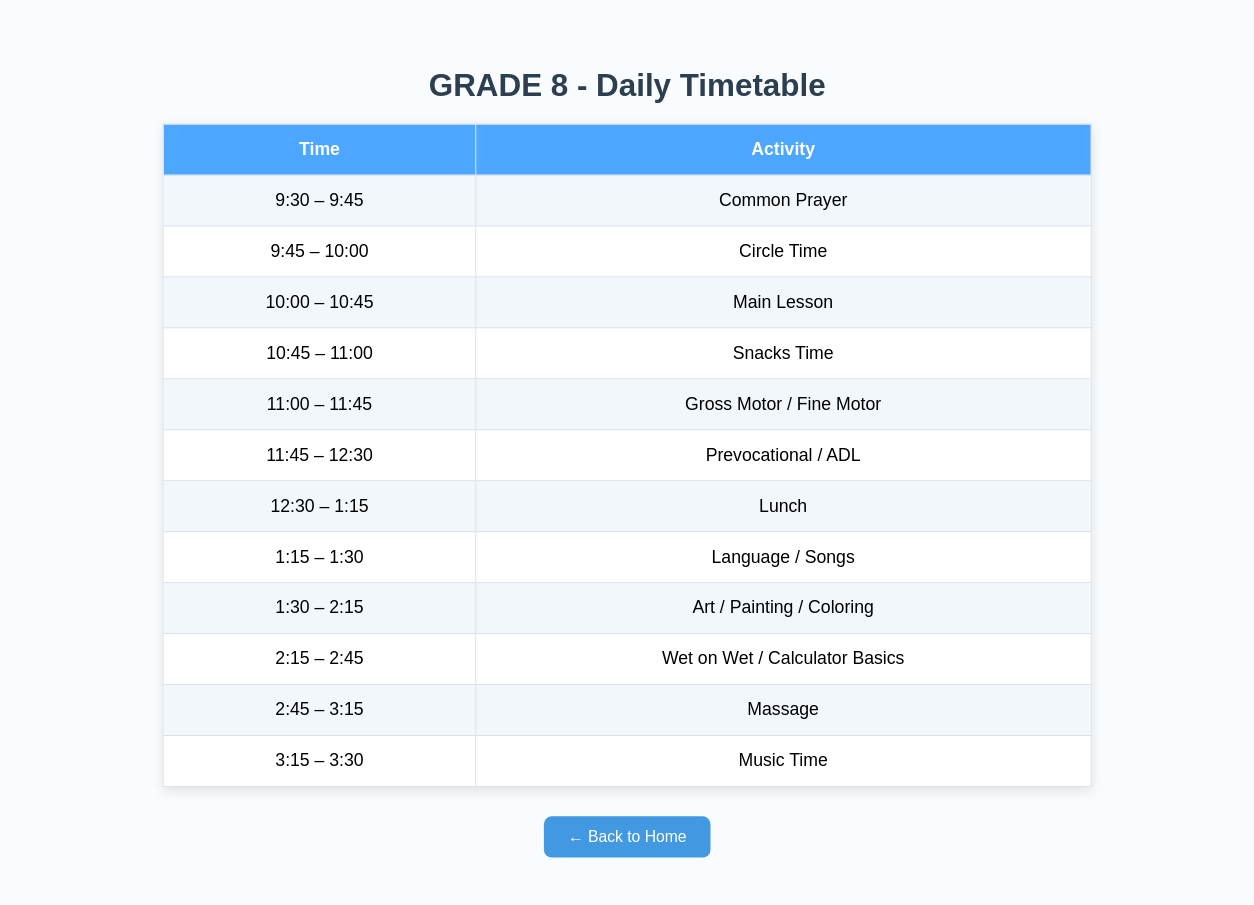
Repository: atchayasasikumar10/timetable-website
Page: templates/grade8_home.html
The author's editor kept a copy of each file at every save. The page is drawn from the files as they stood at one save, then again after the next save.
The browser window is 1280 px wide. The pictures show the whole page, at 98% of full size.
The page is served by the project's application, run on Flask 3 (main.py). The template is opened directly, without the code that normally fills it, so the values that code supplies are empty.

Above is the page before, as saved 2025-06-27 19:24:34.

### templates/grade8_home.html
<!DOCTYPE html>
<html>
<head>
    <title>GRADE 8 Timetable - Arvind Foundation</title>
    <style>
        body {
            font-family: Arial, sans-serif;
            background: #f9fcff;
            padding: 40px;
            text-align: center;
        }
        h1 {
            color: #2c3e50;
            margin-bottom: 20px;
        }
        table {
            width: 80%;
            margin: 0 auto;
            border-collapse: collapse;
            background-color: #ffffff;
            box-shadow: 0 4px 12px rgba(0,0,0,0.1);
        }
        th, td {
            padding: 15px;
            border: 1px solid #dce1e6;
            font-size: 18px;
        }
        th {
            background-color: #4da6ff;
            color: white;
        }
        tr:nth-child(even) {
            background-color: #f2f7fc;
        }
        a {
            display: inline-block;
            margin-top: 30px;
            text-decoration: none;
            color: white;
            background-color: #4299e1;
            padding: 12px 25px;
            border-radius: 8px;
        }
        a:hover {
            background-color: #2b6cb0;
        }
    </style>
</head>
<body>

    <h1>GRADE 8 - Daily Timetable</h1>

    <table>
        <tr>
            <th>Time</th>
            <th>Activity</th>
        </tr>
        <tr><td>9:30 – 9:45</td><td>Common Prayer</td></tr>
        <tr><td>9:45 – 10:00</td><td>Circle Time</td></tr>
        <tr><td>10:00 – 10:45</td><td>Main Lesson</td></tr>
        <tr><td>10:45 – 11:00</td><td>Snacks Time</td></tr>
        <tr><td>11:00 – 11:45</td><td>Gross Motor / Fine Motor</td></tr>
        <tr><td>11:45 – 12:30</td><td>Prevocational / ADL</td></tr>
        <tr><td>12:30 – 1:15</td><td>Lunch</td></tr>
        <tr><td>1:15 – 1:30</td><td>Language / Songs</td></tr>
        <tr><td>1:30 – 2:15</td><td>Art / Painting / Coloring</td></tr>
        <tr><td>2:15 – 2:45</td><td>Wet on Wet / Calculator Basics</td></tr>
        <tr><td>2:45 – 3:15</td><td>Massage</td></tr>
        <tr><td>3:15 – 3:30</td><td>Music Time</td></tr>
    </table>

    <a href="/">← Back to Home</a>

</body>
</html>

### main.py
from flask import Flask, render_template

app = Flask(__name__)

@app.route("/")
def home():
    return render_template("index.html")

@app.route("/pre")
def pre_home():
    return render_template("pre.html")  # ✅ Matches template filename

@app.route("/grade3")
def grade3_home():
    return render_template("grade3.html")  # ✅ Matches template filename

@app.route("/grade8")
def grade8_home():
    return render_template("grade8.html")  # ✅ Matches template filename

if __name__ == "__main__":
    app.run(host='0.0.0.0', debug=True)

After the next save:
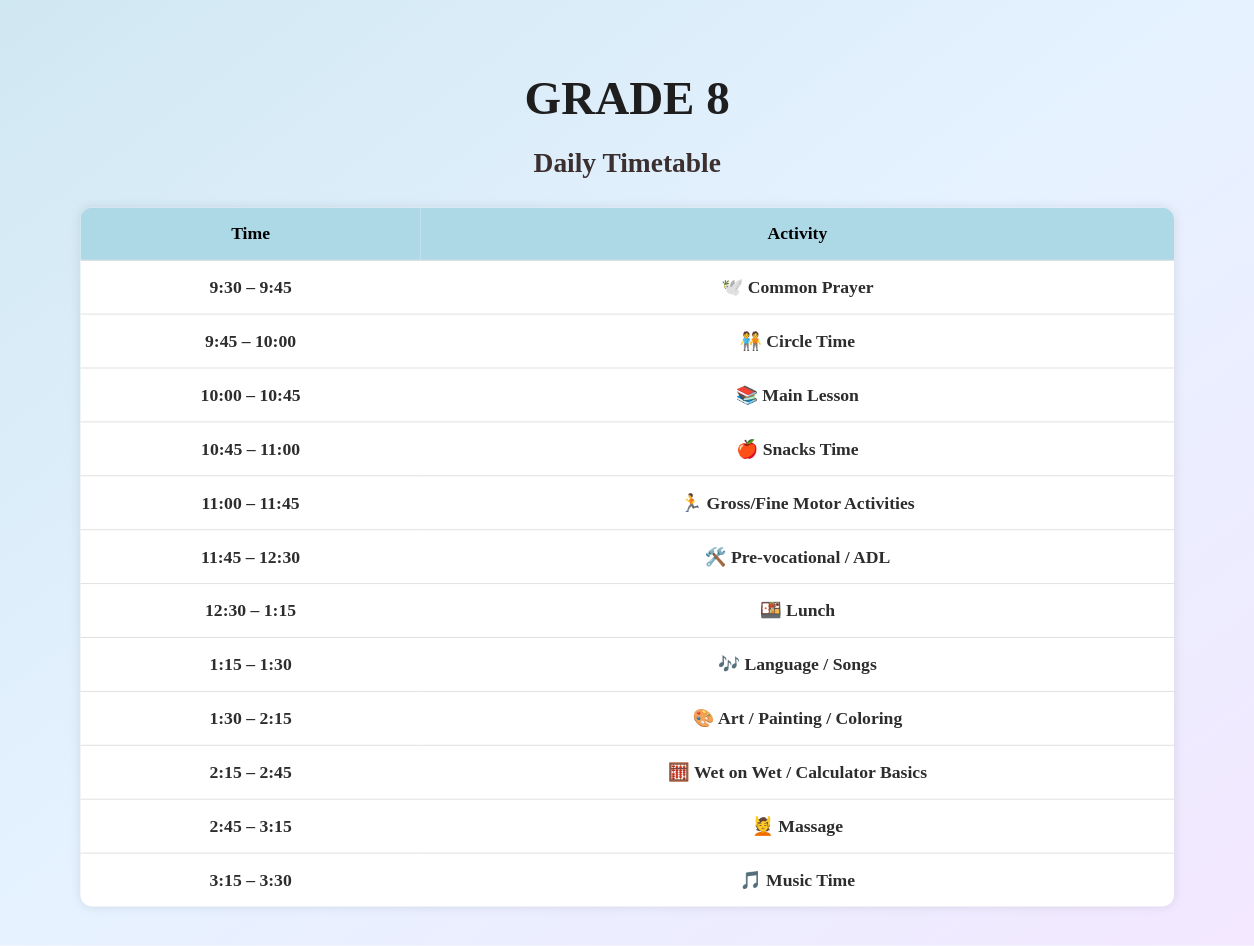
Saved 89 s later.
--- a/templates/grade8_home.html
+++ b/templates/grade8_home.html
@@ -1,75 +1,127 @@
 <!DOCTYPE html>
-<html>
+<html lang="en">
 <head>
-    <title>GRADE 8 Timetable - Arvind Foundation</title>
+    <meta charset="UTF-8">
+    <title>Grade 8 Timetable</title>
     <style>
         body {
-            font-family: Arial, sans-serif;
-            background: #f9fcff;
-            padding: 40px;
+            margin: 0;
+            padding: 40px 20px;
+            font-family: 'Times New Roman', Times, serif;
+            font-weight: bold;
+            background: linear-gradient(to bottom right, #d0e8f2, #e6f2ff, #f3e8ff);
+            color: #2d2d2d;
             text-align: center;
         }
+
         h1 {
-            color: #2c3e50;
-            margin-bottom: 20px;
+            font-size: 48px;
+            margin-bottom: 10px;
+            color: #1e1e1e;
         }
+
+        h2 {
+            font-size: 28px;
+            color: #3b2f2f;
+            margin-bottom: 30px;
+        }
+
         table {
-            width: 80%;
+            width: 90%;
             margin: 0 auto;
             border-collapse: collapse;
-            background-color: #ffffff;
-            box-shadow: 0 4px 12px rgba(0,0,0,0.1);
+            background-color: white;
+            box-shadow: 0 0 12px rgba(0, 0, 0, 0.1);
+            border-radius: 12px;
+            overflow: hidden;
         }
+
         th, td {
-            padding: 15px;
-            border: 1px solid #dce1e6;
+            padding: 16px;
+            border-bottom: 1px solid #e0e0e0;
             font-size: 18px;
         }
+
         th {
-            background-color: #4da6ff;
-            color: white;
+            background-color: #add8e6;
+            color: #000;
         }
-        tr:nth-child(even) {
-            background-color: #f2f7fc;
+
+        tr:last-child td {
+            border-bottom: none;
         }
-        a {
-            display: inline-block;
-            margin-top: 30px;
-            text-decoration: none;
-            color: white;
-            background-color: #4299e1;
-            padding: 12px 25px;
-            border-radius: 8px;
-        }
-        a:hover {
-            background-color: #2b6cb0;
+
+        @media (max-width: 600px) {
+            h1 {
+                font-size: 32px;
+            }
+
+            th, td {
+                font-size: 16px;
+                padding: 10px;
+            }
         }
     </style>
 </head>
 <body>
 
-    <h1>GRADE 8 - Daily Timetable</h1>
+    <h1>GRADE 8</h1>
+    <h2>Daily Timetable</h2>
 
     <table>
         <tr>
             <th>Time</th>
             <th>Activity</th>
         </tr>
-        <tr><td>9:30 – 9:45</td><td>Common Prayer</td></tr>
-        <tr><td>9:45 – 10:00</td><td>Circle Time</td></tr>
-        <tr><td>10:00 – 10:45</td><td>Main Lesson</td></tr>
-        <tr><td>10:45 – 11:00</td><td>Snacks Time</td></tr>
-        <tr><td>11:00 – 11:45</td><td>Gross Motor / Fine Motor</td></tr>
-        <tr><td>11:45 – 12:30</td><td>Prevocational / ADL</td></tr>
-        <tr><td>12:30 – 1:15</td><td>Lunch</td></tr>
-        <tr><td>1:15 – 1:30</td><td>Language / Songs</td></tr>
-        <tr><td>1:30 – 2:15</td><td>Art / Painting / Coloring</td></tr>
-        <tr><td>2:15 – 2:45</td><td>Wet on Wet / Calculator Basics</td></tr>
-        <tr><td>2:45 – 3:15</td><td>Massage</td></tr>
-        <tr><td>3:15 – 3:30</td><td>Music Time</td></tr>
+        <tr>
+            <td>9:30 – 9:45</td>
+            <td>🕊️ Common Prayer</td>
+        </tr>
+        <tr>
+            <td>9:45 – 10:00</td>
+            <td>🧑‍🤝‍🧑 Circle Time</td>
+        </tr>
+        <tr>
+            <td>10:00 – 10:45</td>
+            <td>📚 Main Lesson</td>
+        </tr>
+        <tr>
+            <td>10:45 – 11:00</td>
+            <td>🍎 Snacks Time</td>
+        </tr>
+        <tr>
+            <td>11:00 – 11:45</td>
+            <td>🏃 Gross/Fine Motor Activities</td>
+        </tr>
+        <tr>
+            <td>11:45 – 12:30</td>
+            <td>🛠️ Pre-vocational / ADL</td>
+        </tr>
+        <tr>
+            <td>12:30 – 1:15</td>
+            <td>🍱 Lunch</td>
+        </tr>
+        <tr>
+            <td>1:15 – 1:30</td>
+            <td>🎶 Language / Songs</td>
+        </tr>
+        <tr>
+            <td>1:30 – 2:15</td>
+            <td>🎨 Art / Painting / Coloring</td>
+        </tr>
+        <tr>
+            <td>2:15 – 2:45</td>
+            <td>🧮 Wet on Wet / Calculator Basics</td>
+        </tr>
+        <tr>
+            <td>2:45 – 3:15</td>
+            <td>💆 Massage</td>
+        </tr>
+        <tr>
+            <td>3:15 – 3:30</td>
+            <td>🎵 Music Time</td>
+        </tr>
     </table>
-
-    <a href="/">← Back to Home</a>
 
 </body>
 </html>
